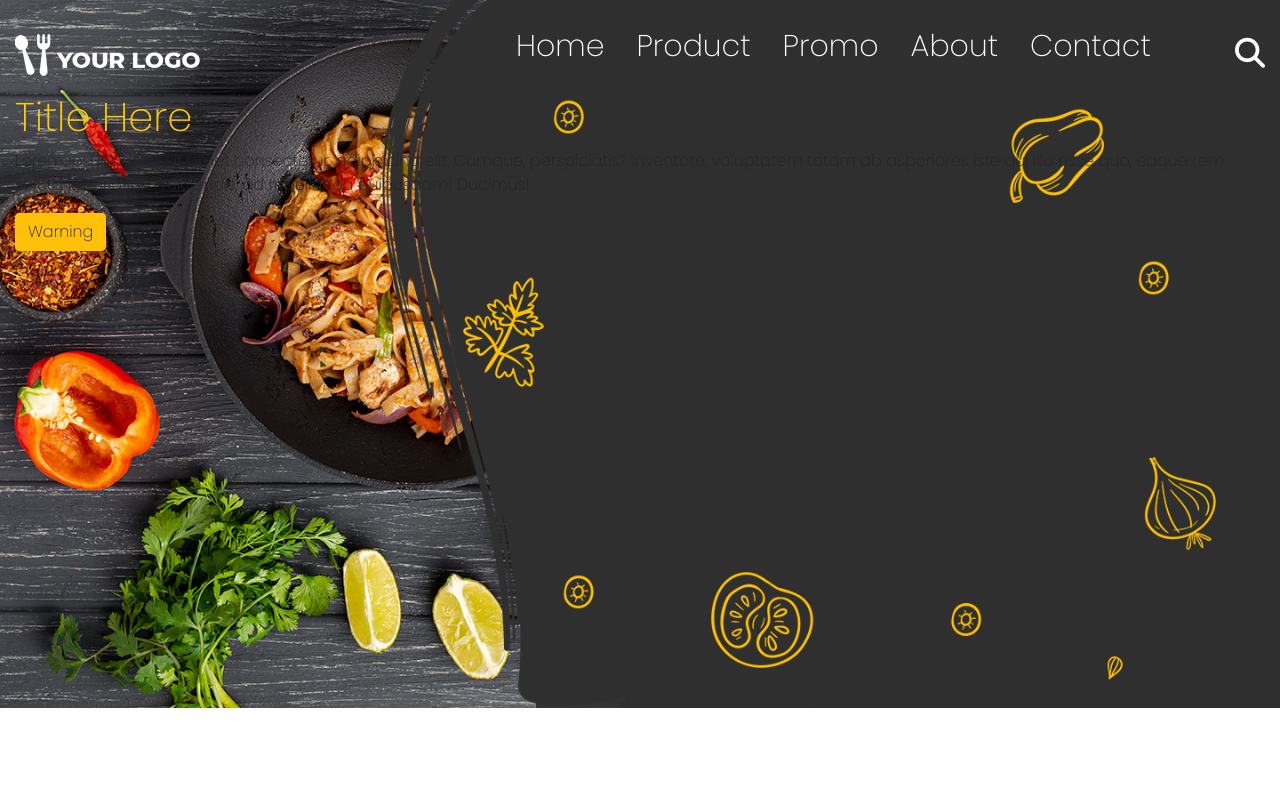
Repository: iphoneboy46/templateRestaurent
Page: index.html
An editor plug-in stored every save of this project. The page is shown before and after the next save, followed by the edit.
The browser window is 1280 px wide. The pictures show the whole page.

Above is the page before, as saved 2022-10-12 14:46:17.

After the next save:
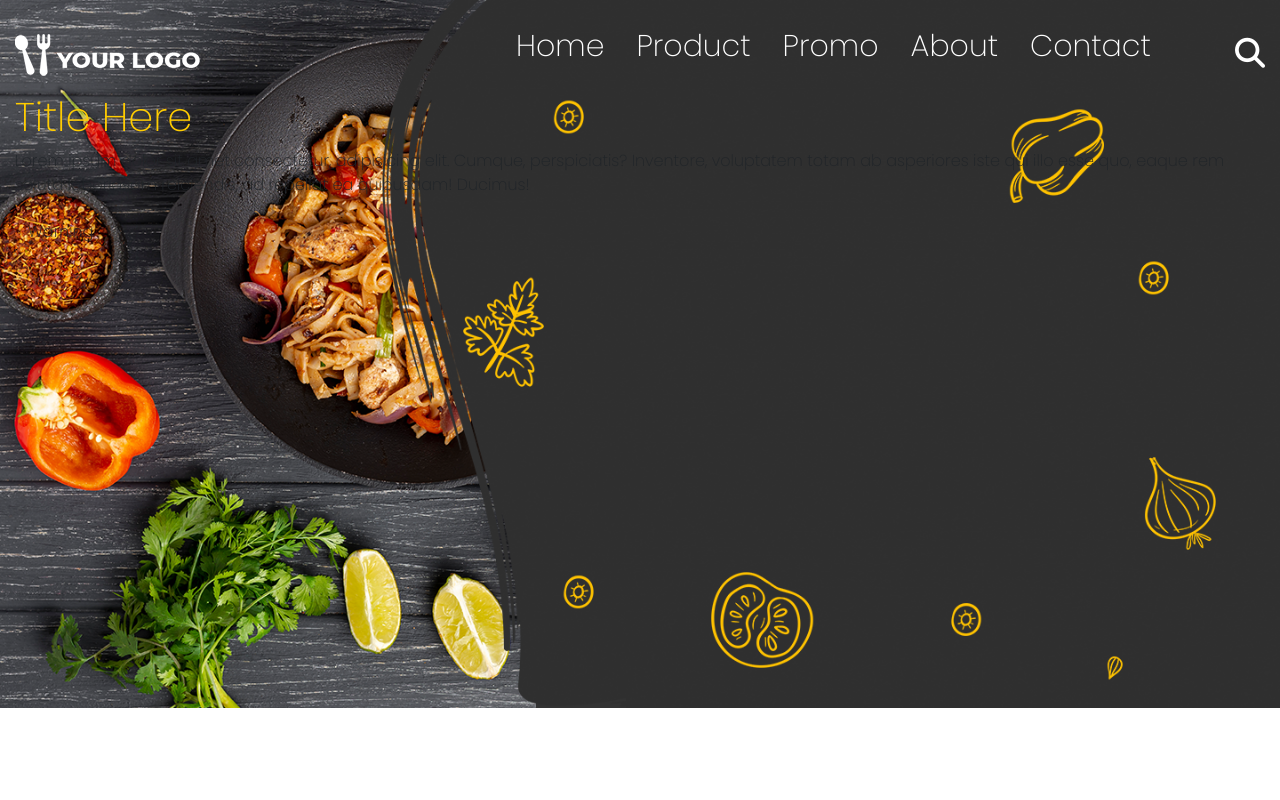
Saved 15 s later.
--- a/index.html
+++ b/index.html
@@ -55,7 +55,7 @@
         <div class="header__content">
             <h1>Title Here</h1>
             <p>Lorem ipsum dolor sit amet consectetur, adipisicing elit. Cumque, perspiciatis? Inventore, voluptatem totam ab asperiores iste qui illo esse quo, eaque rem soluta laboriosam reiciendis, ad repellat ea quibusdam! Ducimus!</p>
-            <button type="button" class="btn btn-warning">Warning</button>
+            <button type="button" class="btn">Warning</button>
         </div>
     </header>
 </body>

After the 2 saves that followed:
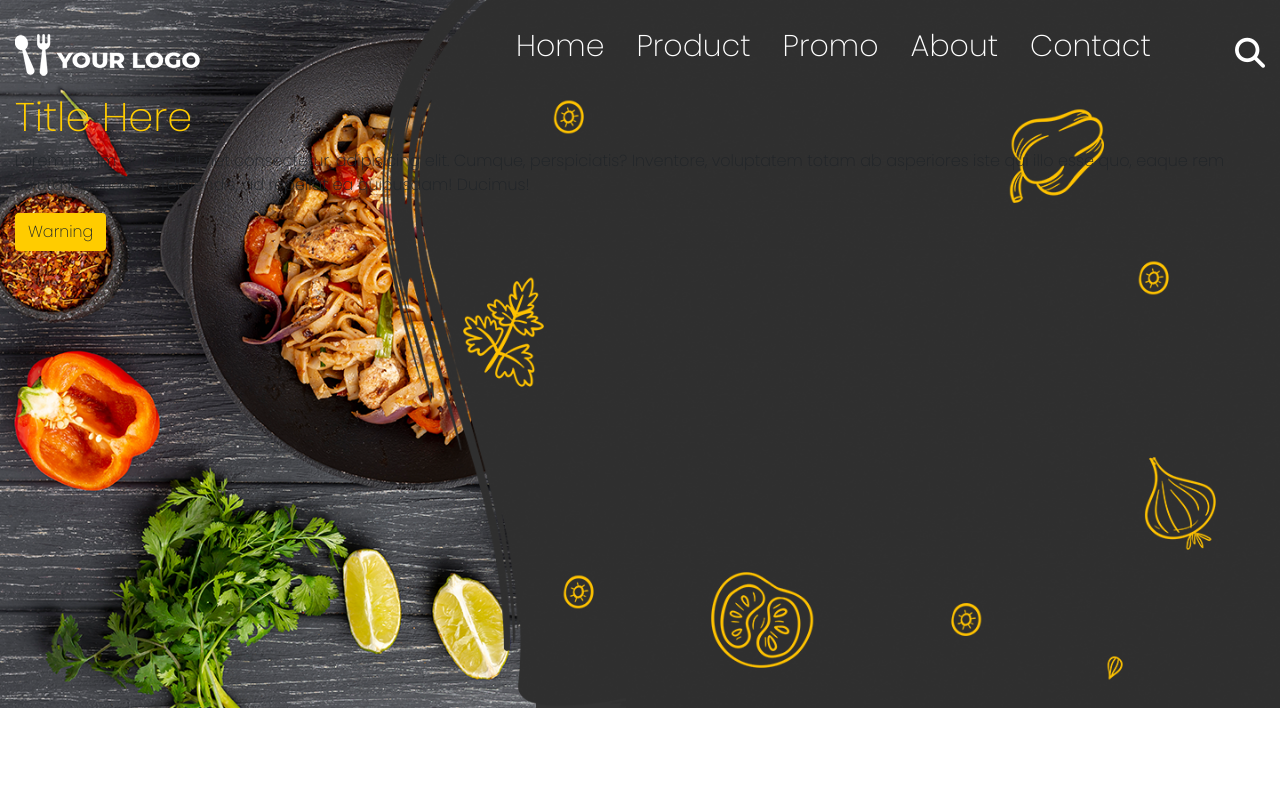
The 2 saves are shown as one change because 1 left the picture as it was.
The last was saved 49 s later.
--- a/style.css
+++ b/style.css
@@ -50,3 +50,7 @@
 .header__content h1{
     color: #ffcc00;
 }
+
+.header__content .btn{
+    background-color: #ffcc00;
+}
